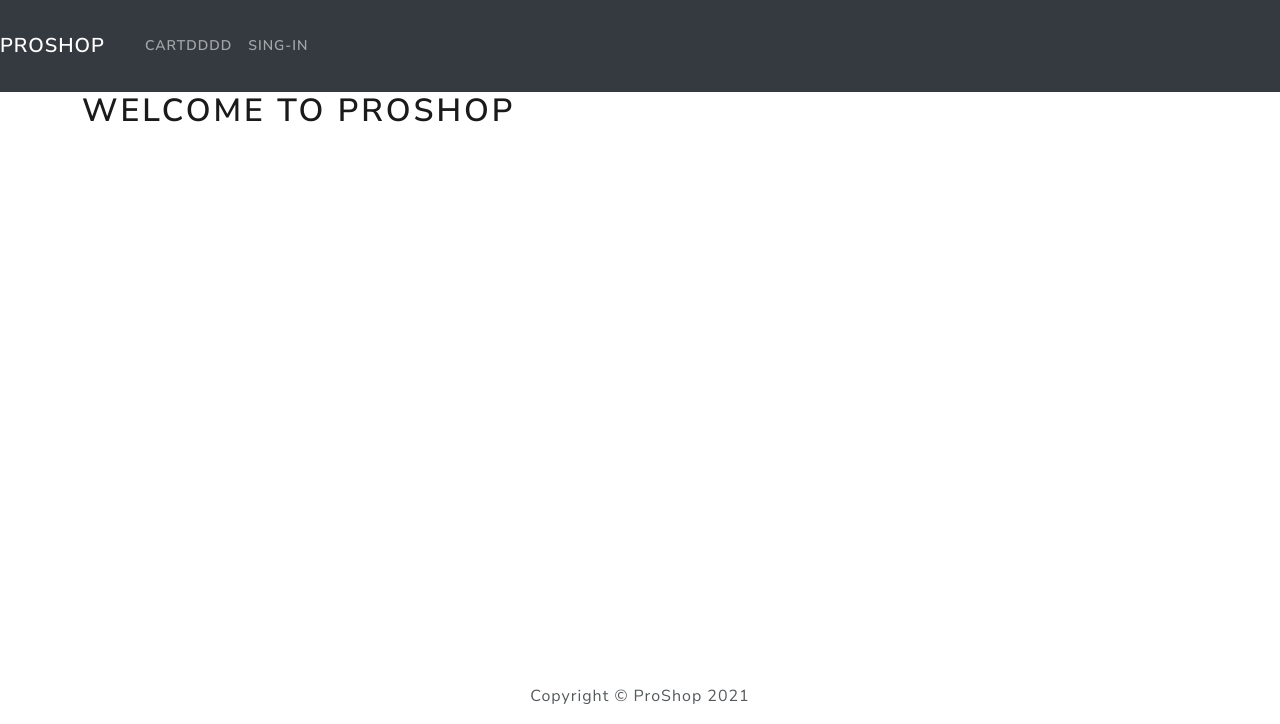
Repository: Erangr90/ProShop
Page: / (app in frontend/)
The author's editor kept a copy of each file at every save. The page is drawn from the files as they stood at one save, then again after the next save.
The browser window is 1280 px wide. The pictures show the whole page.
The project was rebuilt for these pictures with package versions that can differ from the ones it lists, and the page was loaded fresh each time.

Above is the page before, as saved 2021-05-29 18:28:20.

After the next save:
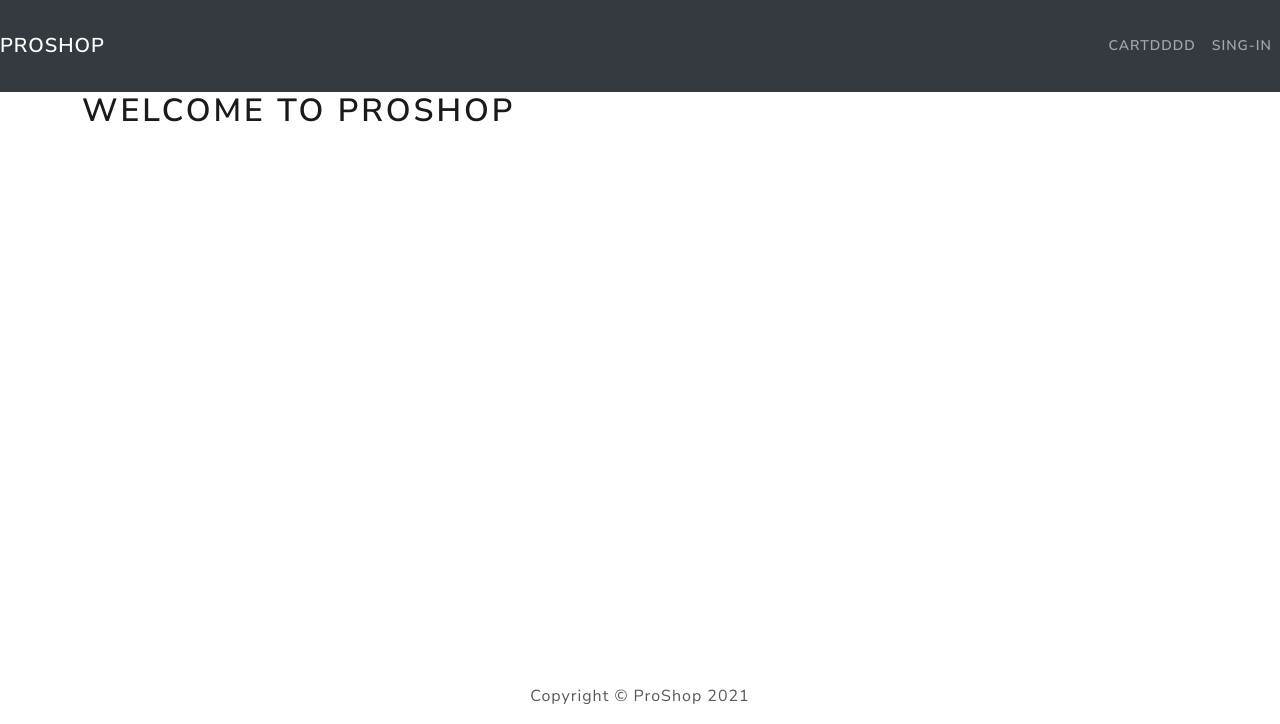
Saved 40 s later.
--- a/frontend/src/components/Header.jsx
+++ b/frontend/src/components/Header.jsx
@@ -8,7 +8,7 @@
                 <Navbar.Brand href="/">ProShop</Navbar.Brand>
                 <Navbar.Toggle aria-controls="basic-navbar-nav"/>
                 <Navbar.Collapse id="basic-navbar-nav" >
-                    <Nav className='ml-auto'>
+                    <Nav className='ms-auto'>
                         <Nav.Link href="/cart">Cartdddd</Nav.Link>
                         <Nav.Link href="/login">Sing-in</Nav.Link>
                     </Nav>
